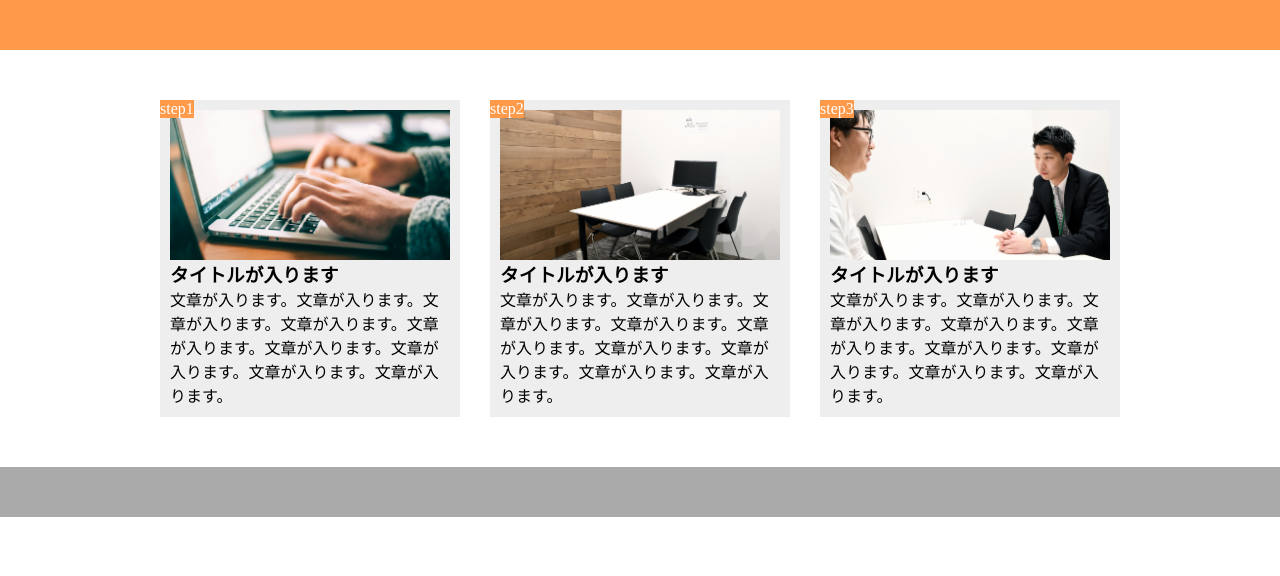
Repository: YuraTajima/DMM-all
Page: chapter9/chapter9.html
The author's editor kept a record of every edit. The page is drawn from the files as they stood at one moment, then again after the next edit.
The browser window is 1280 px wide. The pictures show the whole page.

Above is the page before.

After the next edit:
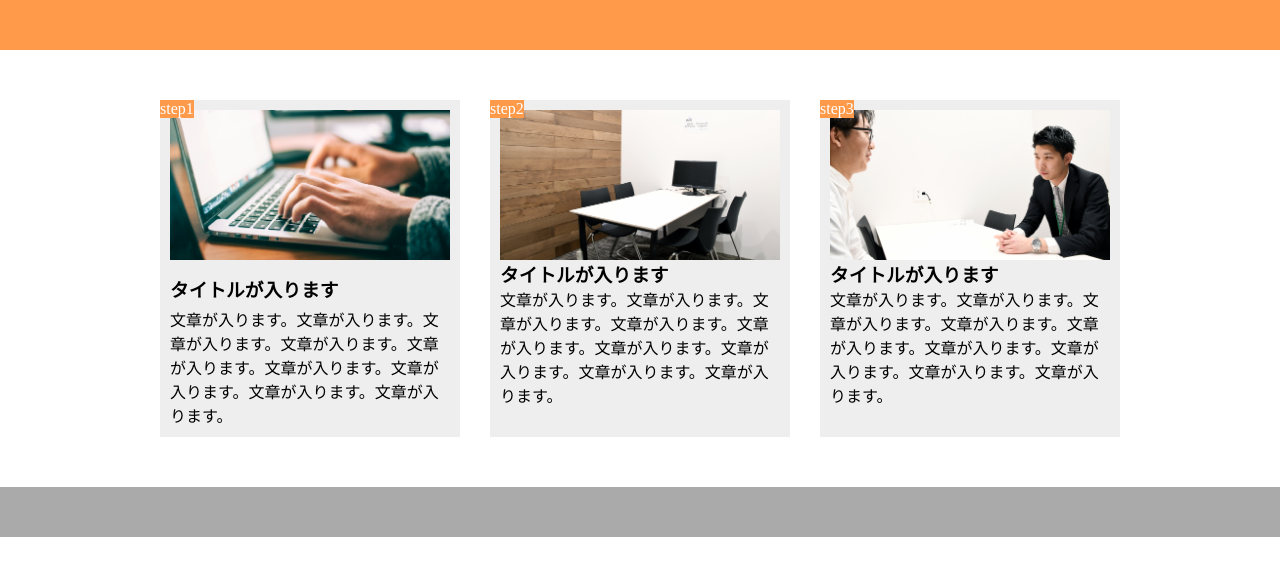
The edit:
--- a/chapter9/chapter9.html
+++ b/chapter9/chapter9.html
@@ -29,7 +29,7 @@
 
         <div class="box1-image"></div>
 
-        <h3>タイトルが入ります</h3>
+        <h3 class="title">タイトルが入ります</h3>
 
         <p>文章が入ります。文章が入ります。文章が入ります。文章が入ります。文章が入ります。文章が入ります。文章が入ります。文章が入ります。文章が入ります。</p>
 
